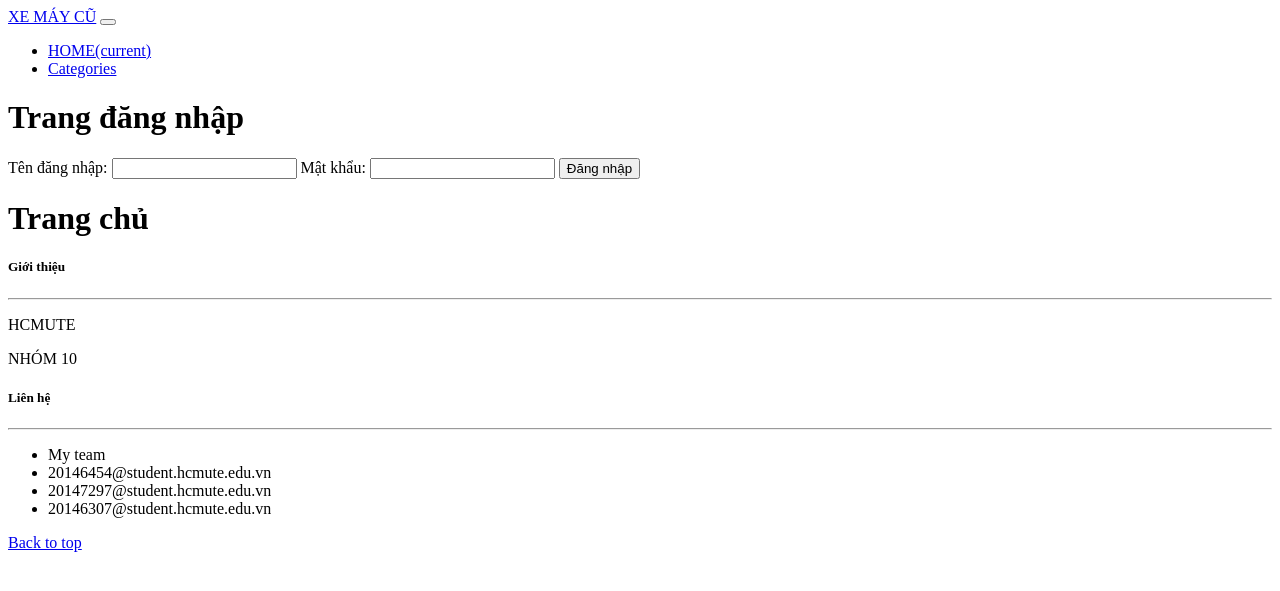
Repository: vule2809/LTW-20146307
Page: Banxemay_nhom10/src/main/webapp/index.html
An editor plug-in stored every save of this project. The page is shown before and after the next save, followed by the edit.
The browser window is 1280 px wide. The pictures show the whole page.

Above is the page before, as saved 2023-12-10 11:40:45.

### Banxemay_nhom10/src/main/webapp/index.html
<!DOCTYPE html>
<html>

<head>
	<meta charset="UTF-8">
	<title>BÁN XE MÁY</title>
</head>

<body>

	<header>

		<nav class="navbar navbar-expand-md navbar-dark bg-dark">
			<div class="container">
				<a class="navbar-brand" href="index.html">XE MÁY CŨ</a>
				<button class="navbar-toggler" type="button" data-toggle="collapse" data-target="#navbarsExampleDefault"
					aria-controls="navbarsExampleDefault" aria-expanded="false" aria-label="Toggle navigation">
					<span class="navbar-toggler-icon"></span>
				</button>

				<div class="collapse navbar-collapse justify-content-end" id="navbarsExampleDefault">
					<ul class="navbar-nav m-auto">
						<li class="nav-item active">
							<a class="nav-link" href="#">HOME<span class="sr-only">(current)</span></a>
						</li>
						<li class="nav-item">
							<a class="nav-link" href="category.html">Categories</a>
						</li>
					</ul>

				</div>
			</div>
		</nav>

	</header>

	<main>

		<h1>Trang đăng nhập</h1>
		<form>
			<label for="username">Tên đăng nhập:</label>
			<input type="text" id="username" name="username">
			<label for="password">Mật khẩu:</label>
			<input type="password" id="password" name="password">
			<button type="submit">Đăng nhập</button>
		</form>

		<h1>Trang chủ</h1>
		<!-- Thêm nội dung cho trang chủ -->


	</main>

	<footer>
		<!-- Footer -->
			<footer class="text-light">
				<div class="container">
					<div class="row">
						<div class="col-md-3 col-lg-4 col-xl-3">
							<h5>Giới thiệu</h5>
							<hr class="bg-white mb-2 mt-0 d-inline-block mx-auto w-25">
							<p class="mb-0">HCMUTE</p>
							<p class="mb-0">NHÓM 10</p>
						</div>

						<div class="col-md-4 col-lg-3 col-xl-3">
							<h5>Liên hệ</h5>
							<hr class="bg-white mb-2 mt-0 d-inline-block mx-auto w-25">
							<ul class="list-unstyled">
								<li><i class="fa fa-home mr-2"></i> My team</li>
								<li><i class="fa fa-envelope mr-2"></i> 20146454@student.hcmute.edu.vn</li>
								<li><i class="fa fa-envelope mr-2"></i> 20147297@student.hcmute.edu.vn</li>
								<li><i class="fa fa-envelope mr-2"></i> 20146307@student.hcmute.edu.vn</li>
							</ul>
						</div>
						<div class="col-12 copyright mt-3">
							<p class="float-left">
								<a href="#">Back to top</a>
							</p>

						</div>
					</div>
				</div>
			</footer>
	</footer>

</body>

</html>

After the next save:
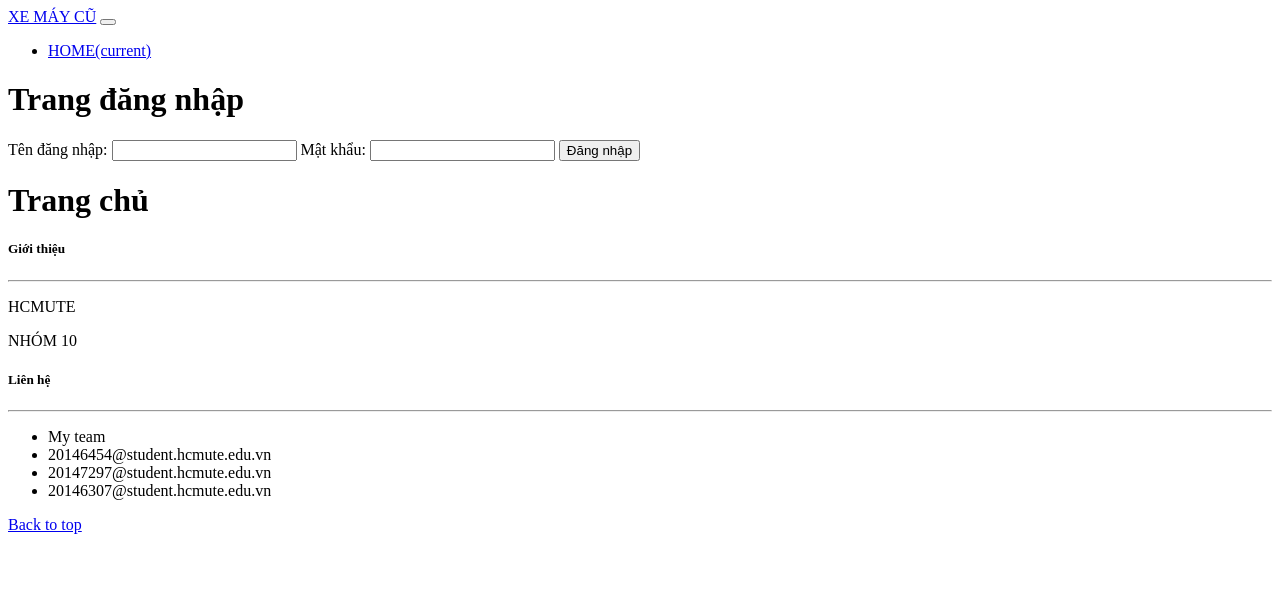
Saved 66 s later.
--- a/Banxemay_nhom10/src/main/webapp/index.html
+++ b/Banxemay_nhom10/src/main/webapp/index.html
@@ -23,9 +23,7 @@
 						<li class="nav-item active">
 							<a class="nav-link" href="#">HOME<span class="sr-only">(current)</span></a>
 						</li>
-						<li class="nav-item">
-							<a class="nav-link" href="category.html">Categories</a>
-						</li>
+
 					</ul>
 
 				</div>
